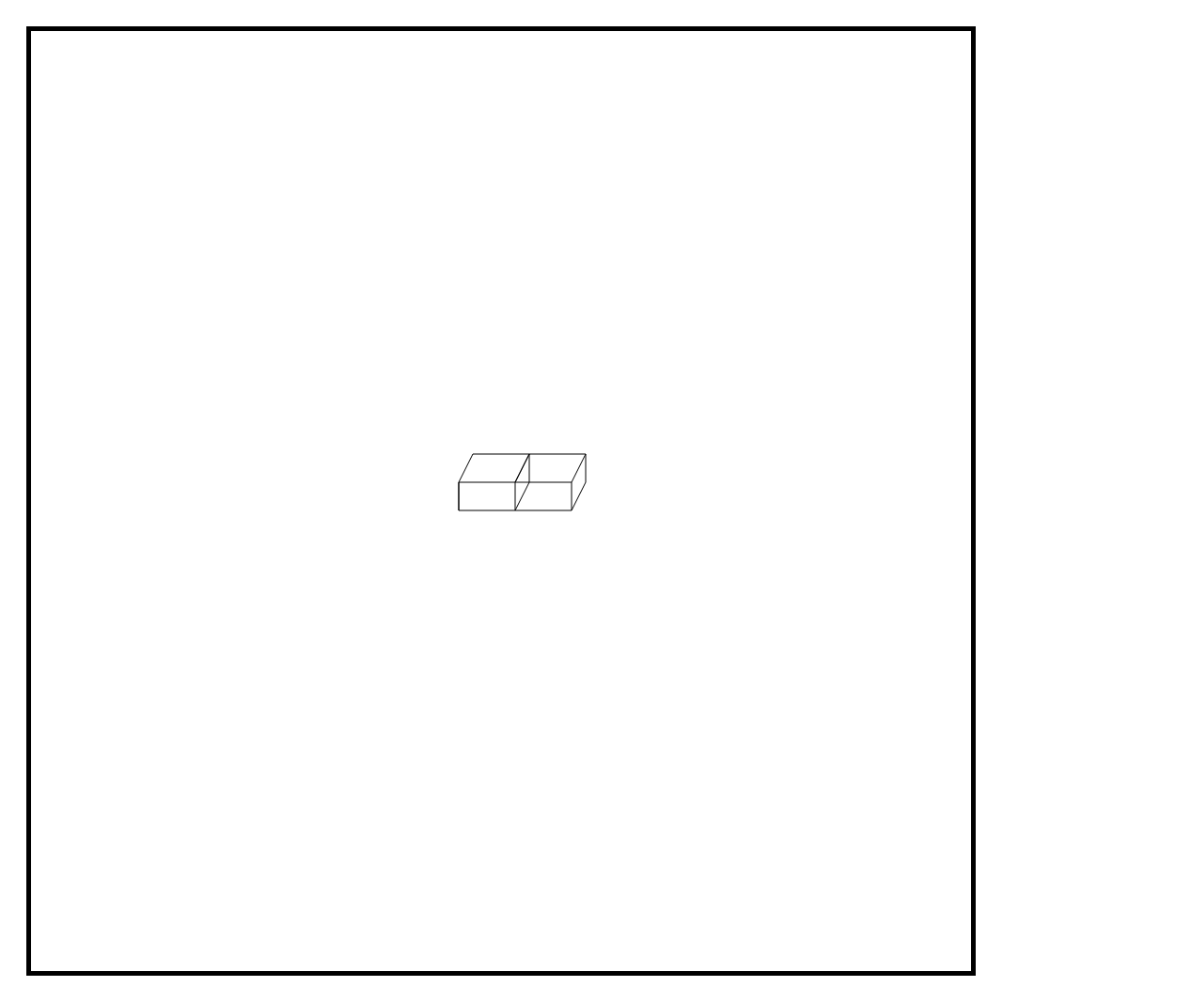
Repository: ejrtn/springbootMaven
Page: deoksu/src/main/resources/static/space2.html
The author's editor kept a copy of each file at every save. The page is drawn from the files as they stood at one save, then again after the next save.
The browser window is 1280 px wide. The pictures show the whole page, at 94% of full size.

Above is the page before, as saved 2021-04-09 12:24:40.

### deoksu/src/main/resources/static/space2.html
<!DOCTYPE html>
<html>
<head>
<meta charset="UTF-8">
<title>Insert title here</title>
</head>
<body>
	<canvas id=canvas width="1000" height="1000" style="border: 5px solid black; margin: 20px 0px 0px 20px;"></canvas>
	<script>
	var canvas = document.getElementById("canvas");
	var ctx = canvas.getContext("2d");
	ctx.beginPath();

// 	가로1
	ctx.moveTo(470, 450);
	ctx.lineTo(530, 450);

// 	가로2
	ctx.moveTo(455, 480);
	ctx.lineTo(515, 480);

// 	가로3
	ctx.moveTo(455, 510);
	ctx.lineTo(515, 510);

// 	사선(/)1
	ctx.moveTo(470, 450);
	ctx.lineTo(455, 480);

// 	사선(/)2
	ctx.moveTo(530, 450);
	ctx.lineTo(515, 480);

// 	사선(/)3
	ctx.moveTo(530, 480);
	ctx.lineTo(515, 510);

// 	세로1
	ctx.moveTo(455, 480);
	ctx.lineTo(455, 510);

// 	세로2
	ctx.moveTo(515, 480);
	ctx.lineTo(515, 510);

// 	세로3
	ctx.moveTo(530, 450);
	ctx.lineTo(530, 480);


// 	가로1
	ctx.moveTo(470+60, 450);
	ctx.lineTo(530+60, 450);

// 	가로2
	ctx.moveTo(455+60, 480);
	ctx.lineTo(515+60, 480);

// 	가로3
	ctx.moveTo(455+60, 510);
	ctx.lineTo(515+60, 510);

// 	사선(/)1
	ctx.moveTo(470+60, 450);
	ctx.lineTo(455+60, 480);

// 	사선(/)2
	ctx.moveTo(530+60, 450);
	ctx.lineTo(515+60, 480);

// 	사선(/)3
	ctx.moveTo(530+60, 480);
	ctx.lineTo(515+60, 510);

// 	세로1
	ctx.moveTo(455, 480);
	ctx.lineTo(455, 510);

// 	세로2
	ctx.moveTo(515+60, 480);
	ctx.lineTo(515+60, 510);

// 	세로3
	ctx.moveTo(530+60, 450);
	ctx.lineTo(530+60, 480);


	ctx.stroke();
	</script>
</body>
</html>

After the next save:
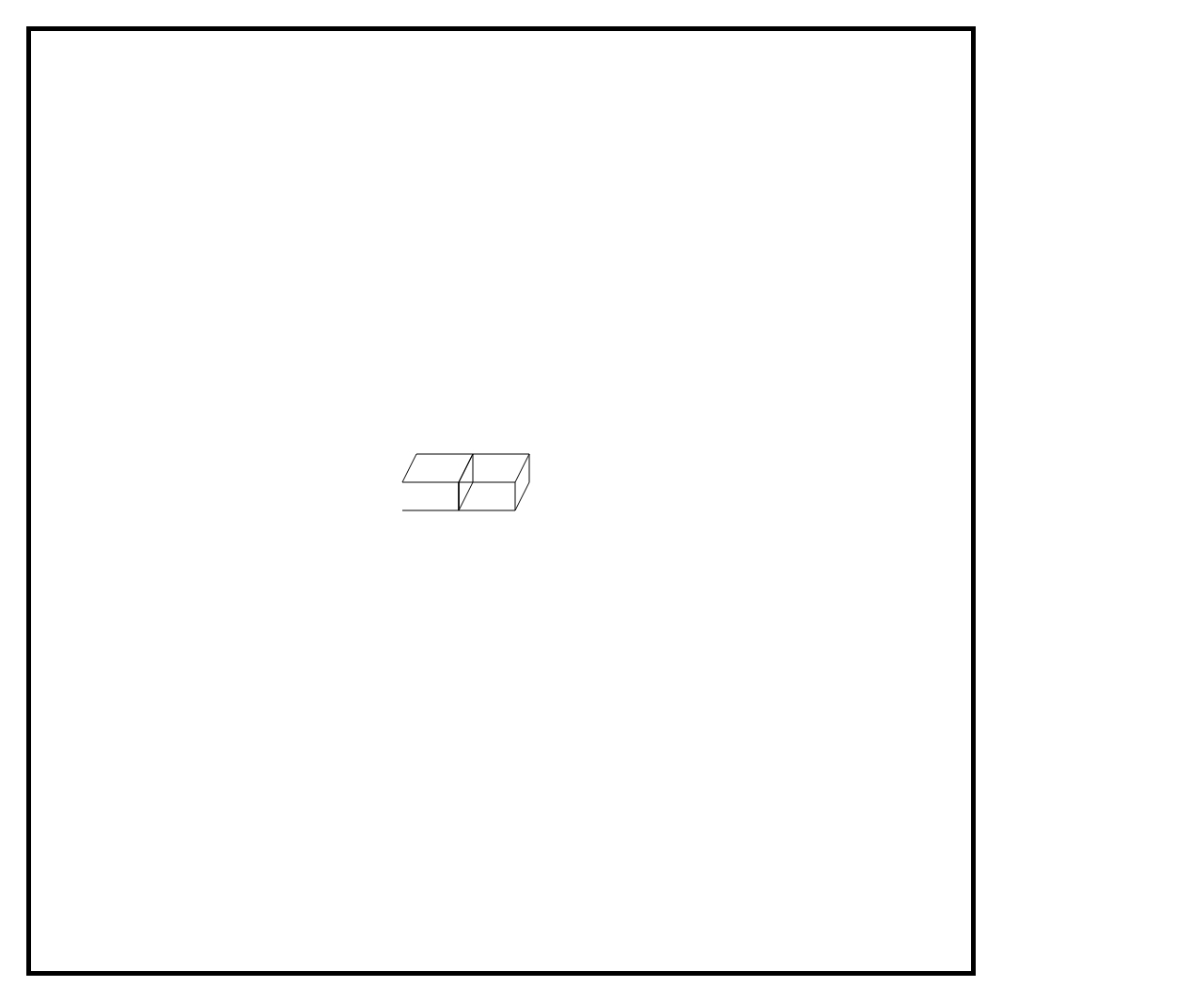
Saved 63 s later.
--- a/deoksu/src/main/resources/static/space2.html
+++ b/deoksu/src/main/resources/static/space2.html
@@ -49,40 +49,40 @@
 
 
 // 	가로1
-	ctx.moveTo(470+60, 450);
-	ctx.lineTo(530+60, 450);
+	ctx.moveTo(470-60, 450);
+	ctx.lineTo(530-60, 450);
 
 // 	가로2
-	ctx.moveTo(455+60, 480);
-	ctx.lineTo(515+60, 480);
+	ctx.moveTo(455-60, 480);
+	ctx.lineTo(515-60, 480);
 
 // 	가로3
-	ctx.moveTo(455+60, 510);
-	ctx.lineTo(515+60, 510);
+	ctx.moveTo(455-60, 510);
+	ctx.lineTo(515-60, 510);
 
 // 	사선(/)1
-	ctx.moveTo(470+60, 450);
-	ctx.lineTo(455+60, 480);
+	ctx.moveTo(470-60, 450);
+	ctx.lineTo(455-60, 480);
 
 // 	사선(/)2
-	ctx.moveTo(530+60, 450);
-	ctx.lineTo(515+60, 480);
+	ctx.moveTo(530-60, 450);
+	ctx.lineTo(515-60, 480);
 
 // 	사선(/)3
-	ctx.moveTo(530+60, 480);
-	ctx.lineTo(515+60, 510);
+	ctx.moveTo(530-60, 480);
+	ctx.lineTo(515-60, 510);
 
 // 	세로1
 	ctx.moveTo(455, 480);
 	ctx.lineTo(455, 510);
 
 // 	세로2
-	ctx.moveTo(515+60, 480);
-	ctx.lineTo(515+60, 510);
+	ctx.moveTo(515-60, 480);
+	ctx.lineTo(515-60, 510);
 
 // 	세로3
-	ctx.moveTo(530+60, 450);
-	ctx.lineTo(530+60, 480);
+	ctx.moveTo(530-60, 450);
+	ctx.lineTo(530-60, 480);
 
 
 	ctx.stroke();
